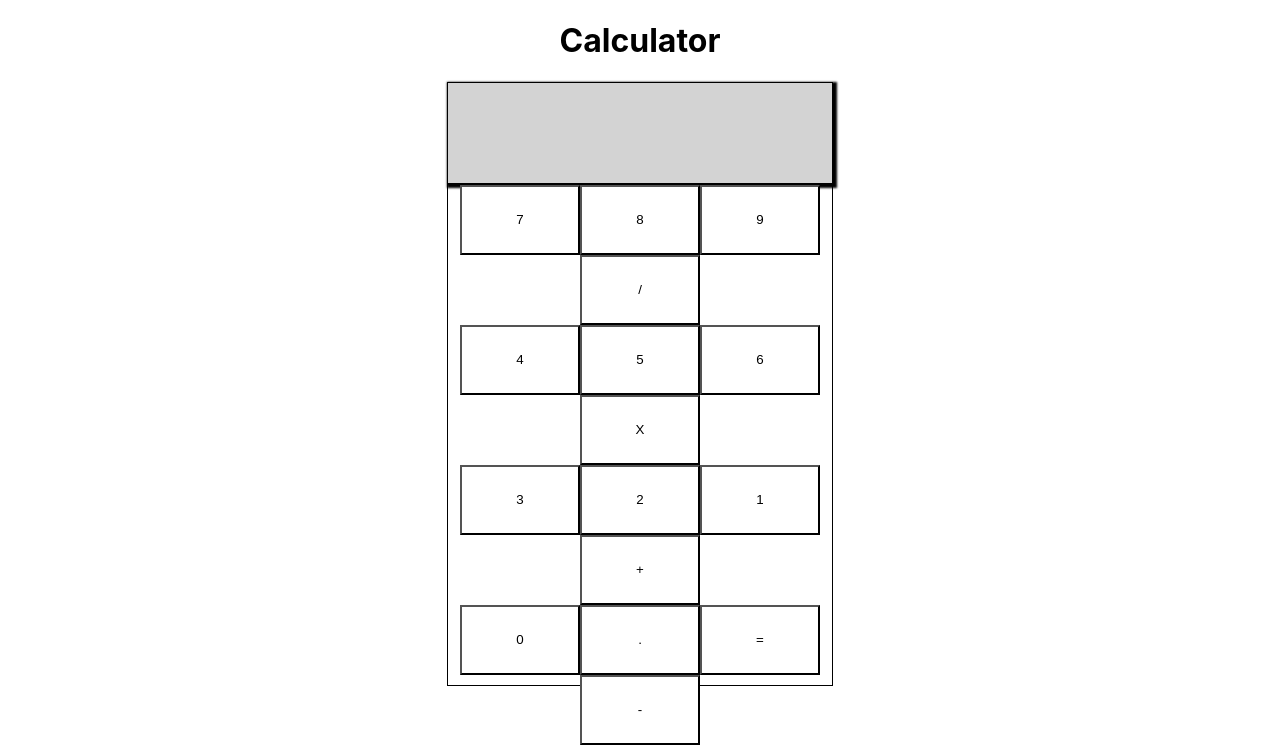
Repository: punitbathija/Placement-Assitance-iNeuron
Page: / (app in React/calculator/)
An editor plug-in stored every save of this project. The page is shown before and after the next save, followed by the edit.
The browser window is 1280 px wide. The pictures show the whole page.
The project was rebuilt for these pictures with package versions that can differ from the ones it lists, and the page was loaded fresh each time.

Above is the page before, as saved 2023-06-05 16:09:39.

After the next save:
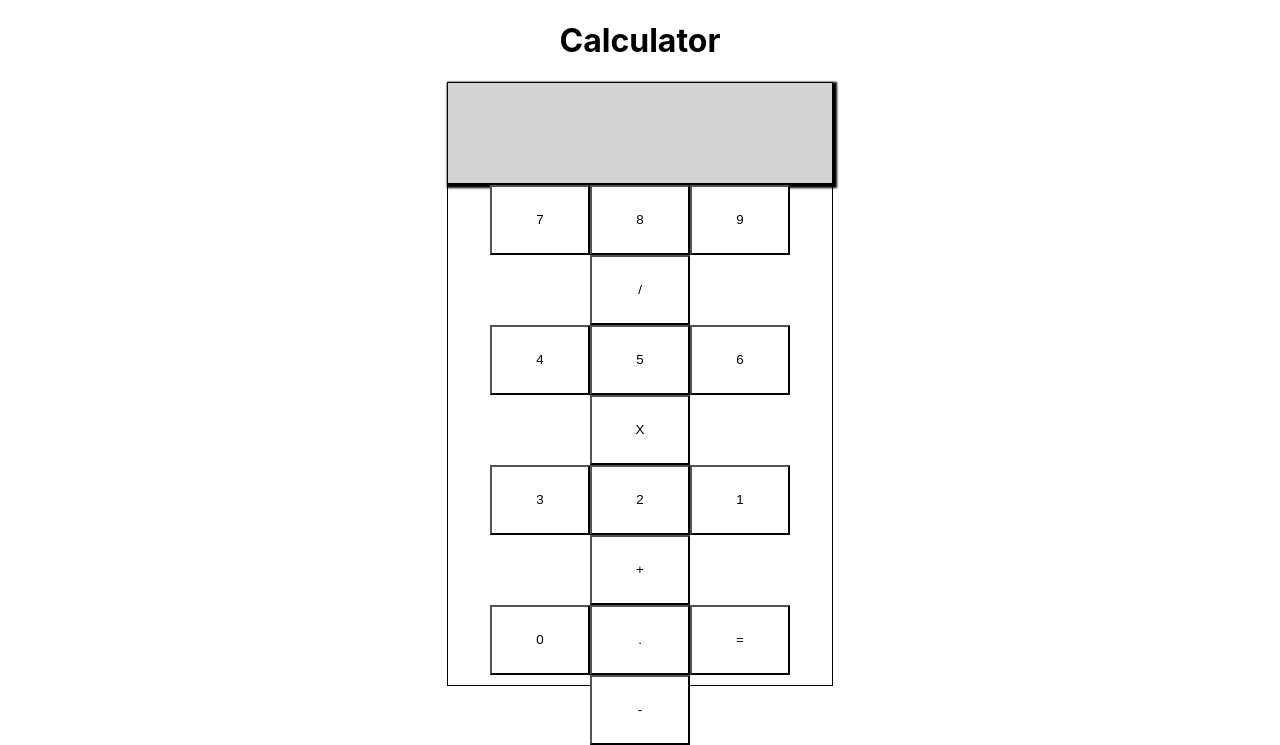
Saved 6 s later.
--- a/React/calculator/src/index.css
+++ b/React/calculator/src/index.css
@@ -31,6 +31,6 @@ code {
 
 .btn{
   height: 70px;
-  width: 120px;
+  width: 100px;
   background-color: white;
 }
